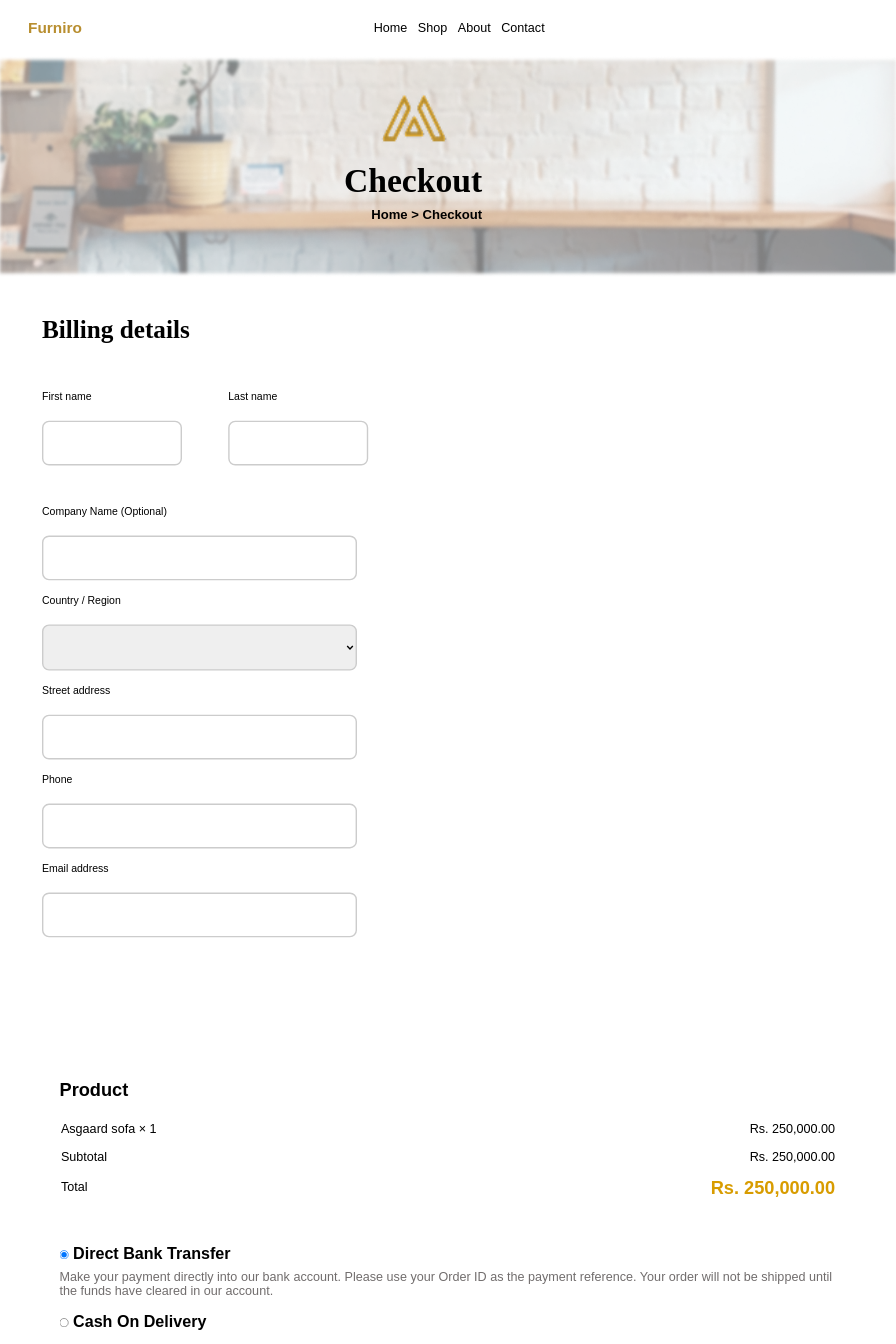
Repository: Ali1Kh/Furniro-ITI
Page: pages/checkout.html
The author's editor kept a copy of each file at every save. The page is drawn from the files as they stood at one save, then again after a run of saves.
The browser window is 1280 px wide. The pictures show the part of the page from y = 0 to 1920 px (the page is 2752 px tall before and 2169 px after), at 70% of full size.

Above is the page before, as saved 2025-07-19 20:30:38.

After the next 2 saves:
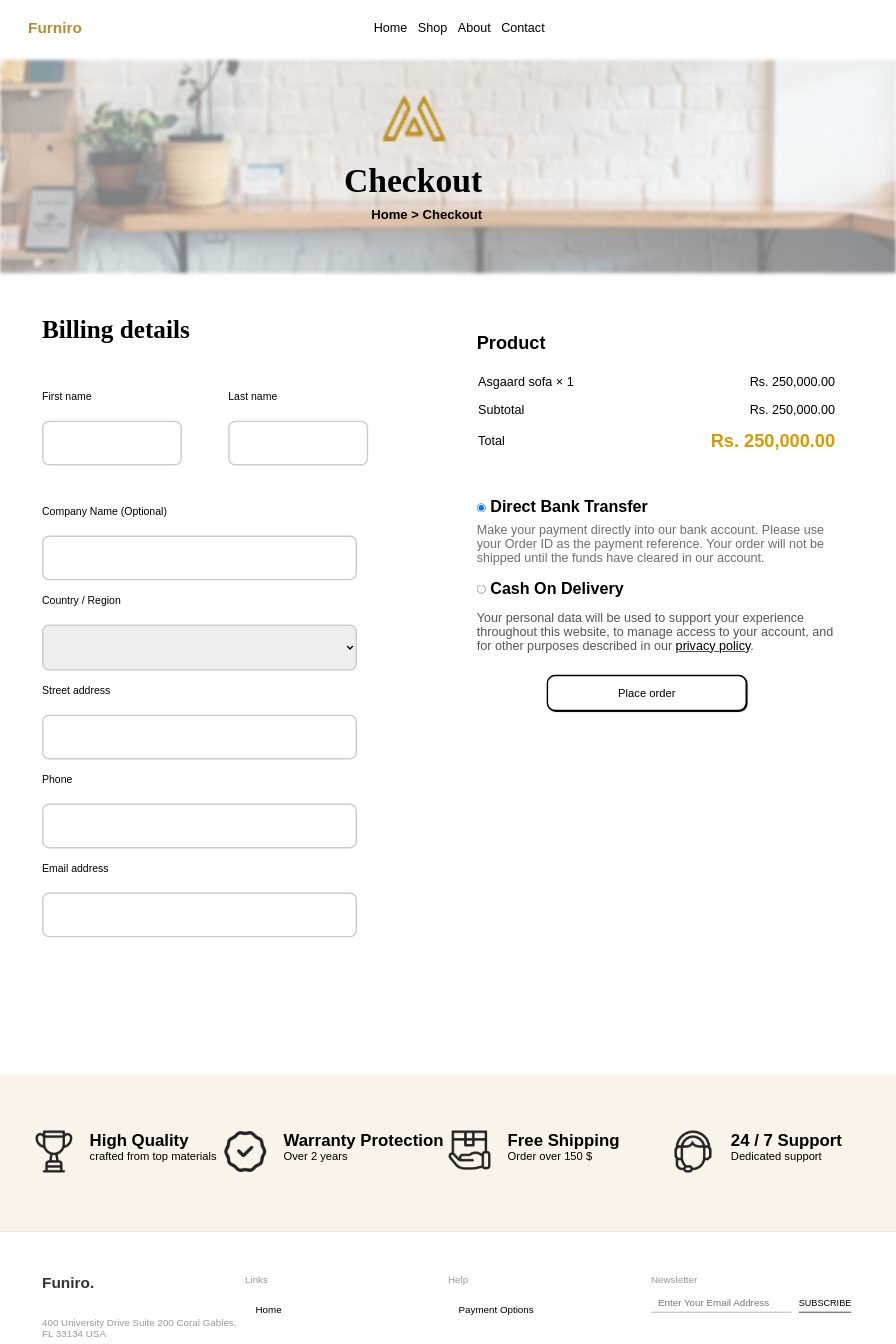
The 2 saves are shown as one change because they came seconds apart.
The last was saved 26 s later.
--- a/styles/checkout.css
+++ b/styles/checkout.css
@@ -378,3 +378,10 @@ form select {
     display: flex;
   }
 }
+
+
+@media (min-width: 768px) {
+  .form, .table {
+    flex: 1 1 48%; /* يتحولوا جنب بعض */
+  }
+}

After the 2 saves that followed:
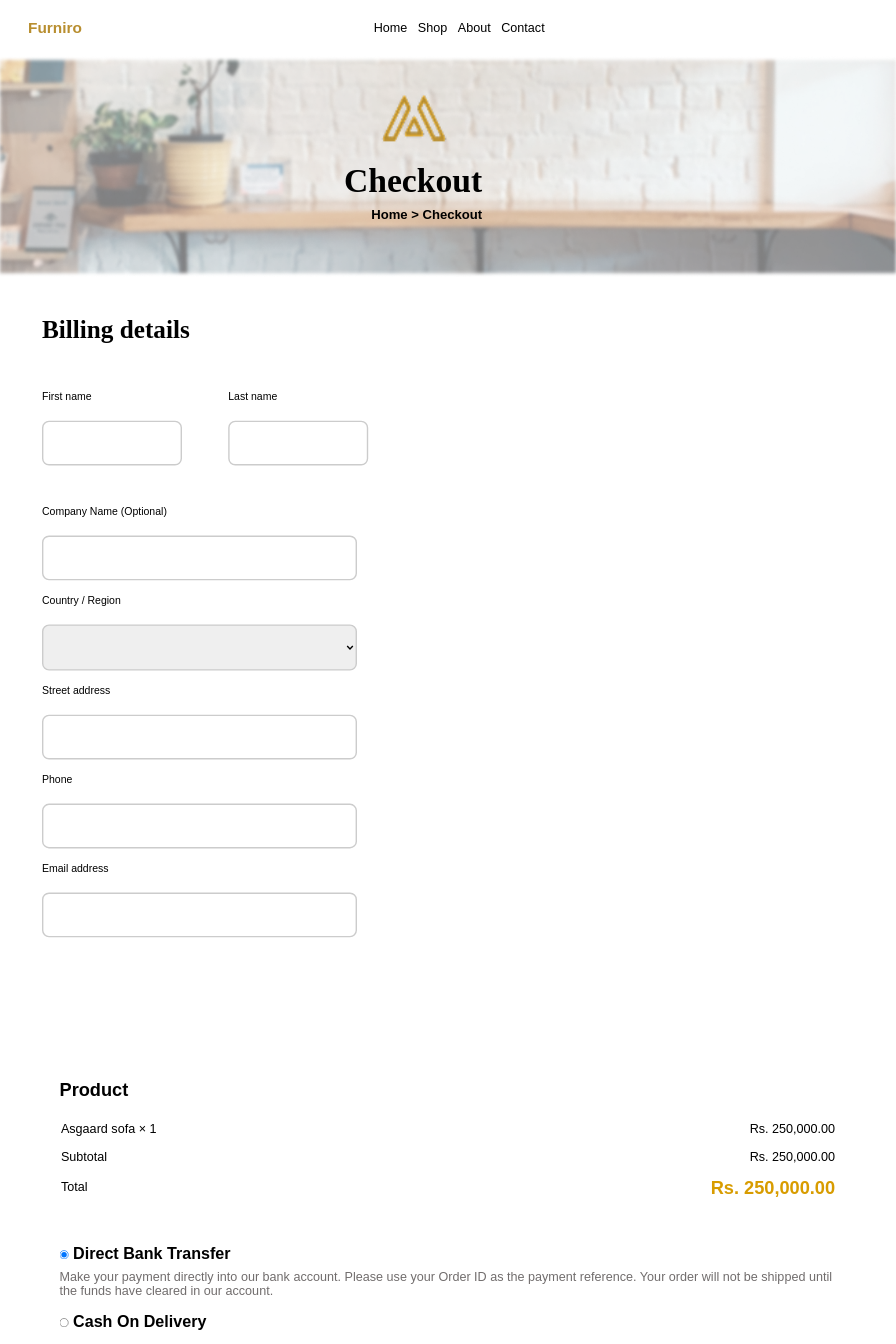
The 2 saves are shown as one change because 1 left the picture as it was.
The last was saved 2 min 40 s later.
--- a/styles/checkout.css
+++ b/styles/checkout.css
@@ -381,7 +381,5 @@ form select {
 
 
 @media (min-width: 768px) {
-  .form, .table {
-    flex: 1 1 48%; /* يتحولوا جنب بعض */
-  }
-}
+
+}
